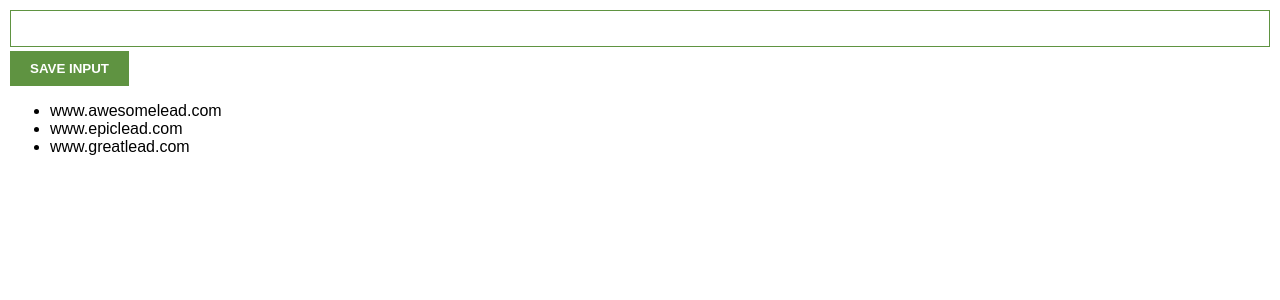
Repository: inno03/Chrome-clone-extension-app
Page: index.html
An editor plug-in stored every save of this project. The page is shown before and after the next save, followed by the edit.
The browser window is 1280 px wide. The pictures show the whole page.

Above is the page before, as saved 2023-03-09 21:35:04.

### index.html
<html>
    <head>
        <link rel="stylesheet" href="index.css">
    </head>
    <body>
        <input type="text" id="input-el">
        <button id="input-btn">SAVE INPUT</button>
        <ul id="ul-el"></ul>
        <script src="index.js"></script>
    </body>
</html>

### index.css
body {
    margin: 0;
    padding: 10px;
    font-family: Arial, Helvetica, sans-serif;
}


input {
    width: 100%;
    padding: 10px;
    box-sizing: border-box;
    border: 1px solid #5f9341;
    margin-bottom: 4px;
}

button {
    background: #5f9341;
    color: white;
    padding: 10px 20px;
    border: none;
    font-weight: bold;
}

### index.js
let myLeads = ["www.awesomelead.com", "www.epiclead.com", "www.greatlead.com"]
const inputEl = document.getElementById("input-el")
const inputBtn = document.getElementById("input-btn")
const ulEl = document.getElementById("ul-el")

inputBtn.addEventListener("click", function() {
    myLeads.push(inputEl.value)
    console.log(myLeads)
})

let listItems = ""
for (let i = 0; i < myLeads.length; i++) {
    listItems += "<li>" + myLeads[i] + "</li>"
}

ulEl.innerHTML = listItems

After the next save:
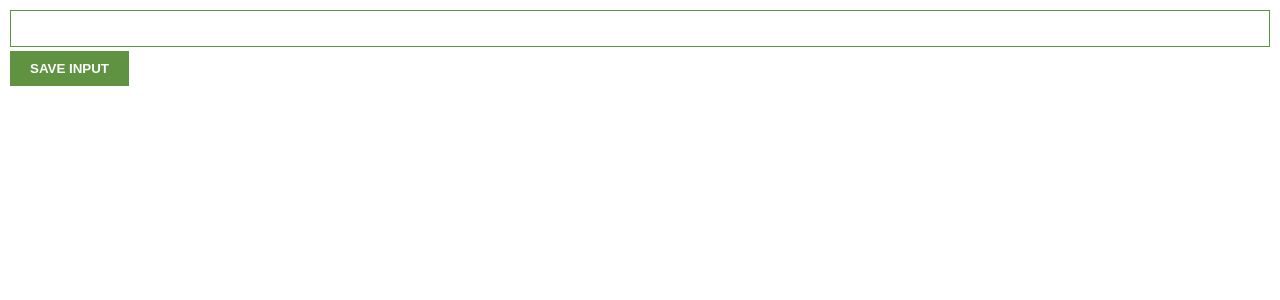
Saved 51 s later.
--- a/index.js
+++ b/index.js
@@ -1,16 +1,19 @@
-let myLeads = ["www.awesomelead.com", "www.epiclead.com", "www.greatlead.com"]
+let myLeads = []
 const inputEl = document.getElementById("input-el")
 const inputBtn = document.getElementById("input-btn")
 const ulEl = document.getElementById("ul-el")
 
 inputBtn.addEventListener("click", function() {
     myLeads.push(inputEl.value)
-    console.log(myLeads)
+    // 2. Call the renderLeads() function
+    renderLeads()
 })
 
-let listItems = ""
-for (let i = 0; i < myLeads.length; i++) {
-    listItems += "<li>" + myLeads[i] + "</li>"
+// 1. Wrap the code below in a renderLeads() function
+function renderLeads() {
+    let listItems = ""
+    for (let i = 0; i < myLeads.length; i++) {
+        listItems += "<li>" + myLeads[i] + "</li>"
+    }
+    ulEl.innerHTML = listItems
 }
-
-ulEl.innerHTML = listItems
